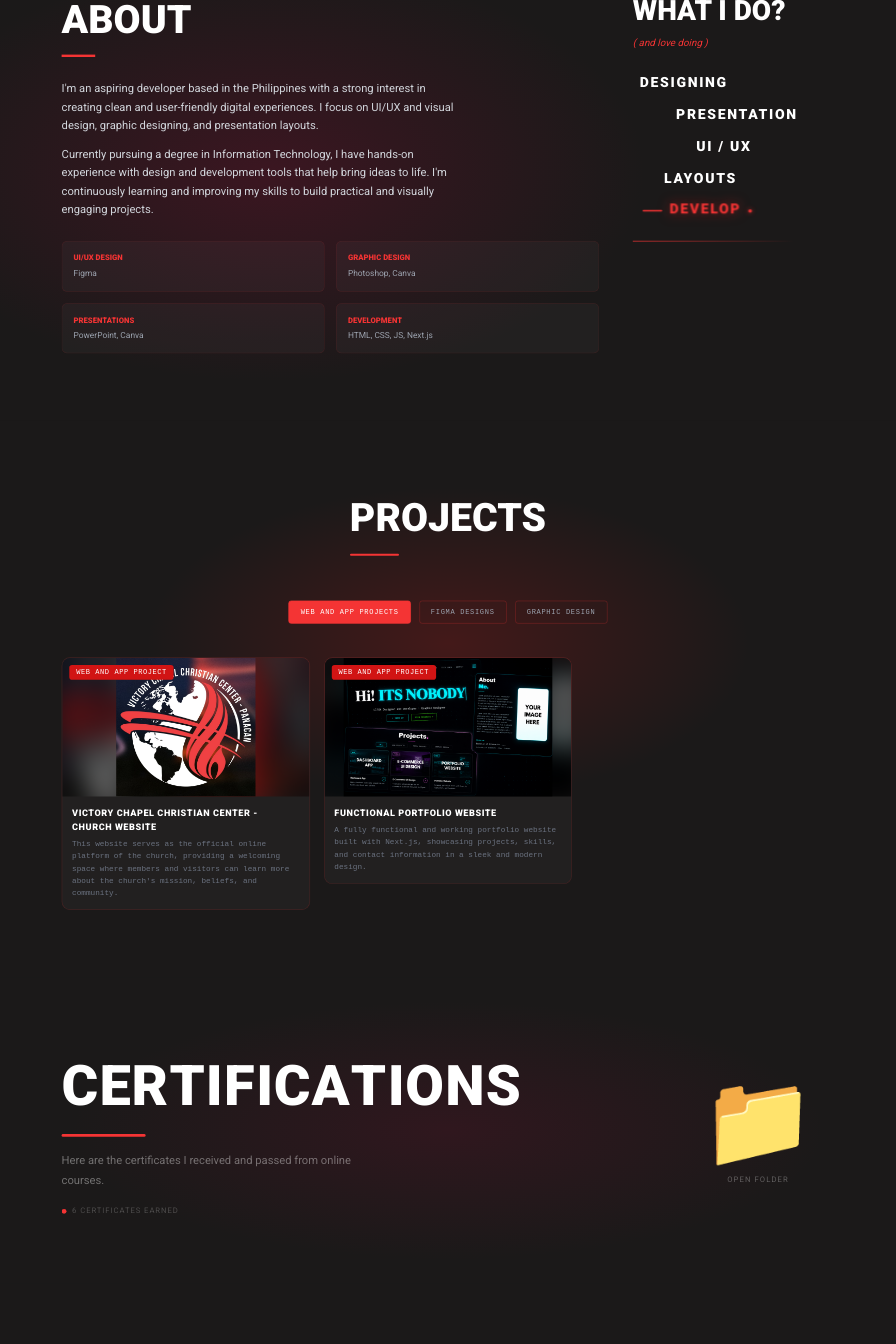
Repository: banbanny/my-portfolio
Page: /
The author's editor kept a copy of each file at every save. The page is drawn from the files as they stood at one save, then again after a run of saves.
The browser window is 1280 px wide. The pictures show the part of the page from y = 830 to 2750 px (the page is 4275 px tall), at 70% of full size.
The project was rebuilt for these pictures with package versions that can differ from the ones it lists, and the page was loaded fresh each time. The framework's server and built-in components were replaced by stand-ins that run in the browser. Also part of the build but not shown: next.config.js.

Above is the page before, as saved 2026-05-07 15:37:47.

After the next 4 saves:
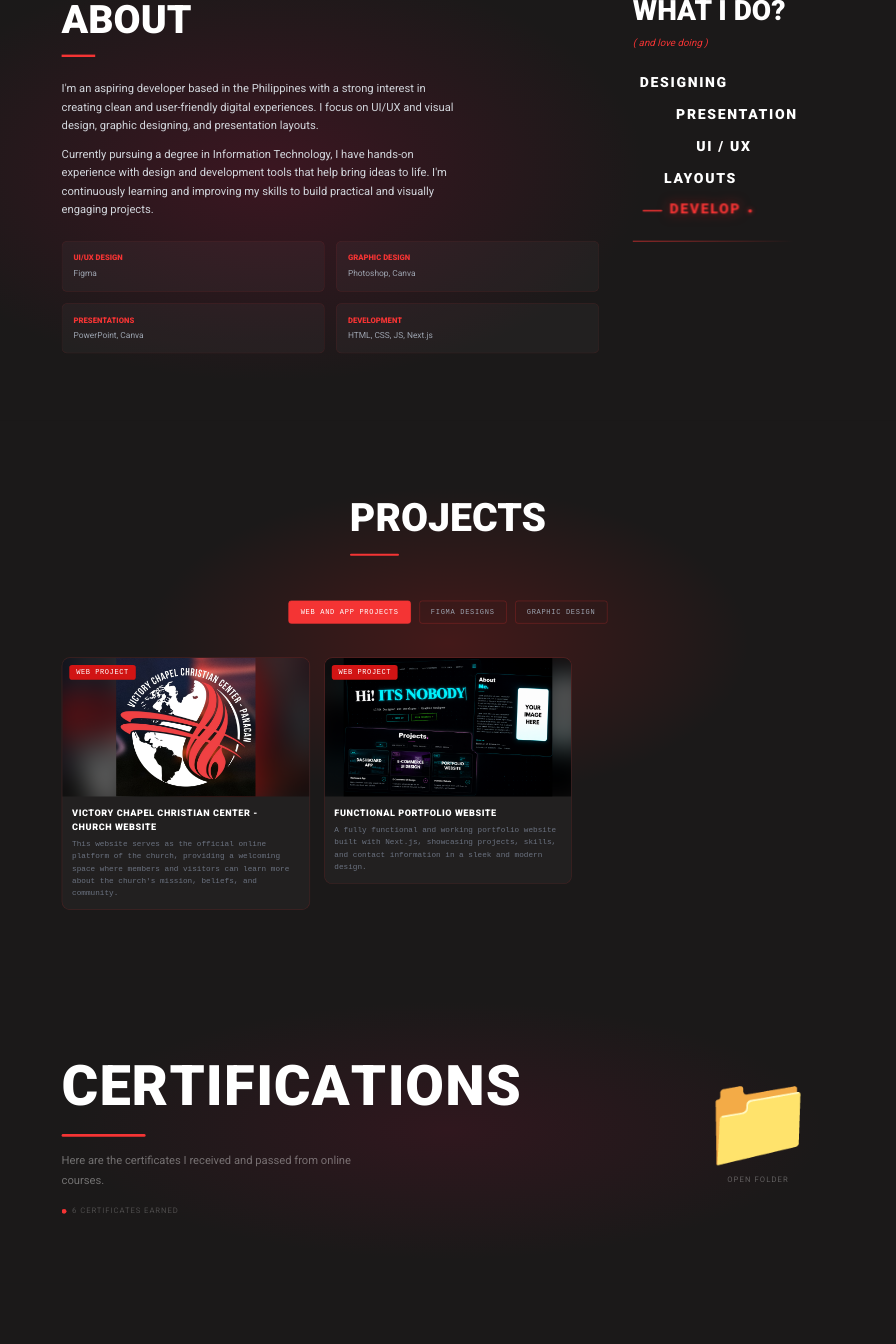
The 4 saves are shown as one change because they came seconds apart.
The last was saved 15 s later.
--- a/src/components/Projects.tsx
+++ b/src/components/Projects.tsx
@@ -55,7 +55,7 @@ const filters: { label: string; value: ProjectType }[] = [
 ];
 
 const typeConfig: Record<ProjectType, { label: string; badge: string }> = {
-  web:      { label: "Web and App Project",  badge: "#d11414" },
+  web:      { label: "Web Project",  badge: "#d11414" },
   figma:    { label: "Figma Design", badge: "#910d39" },
   graphics: { label: "Graphics",     badge: "#f16f24" },
 };
